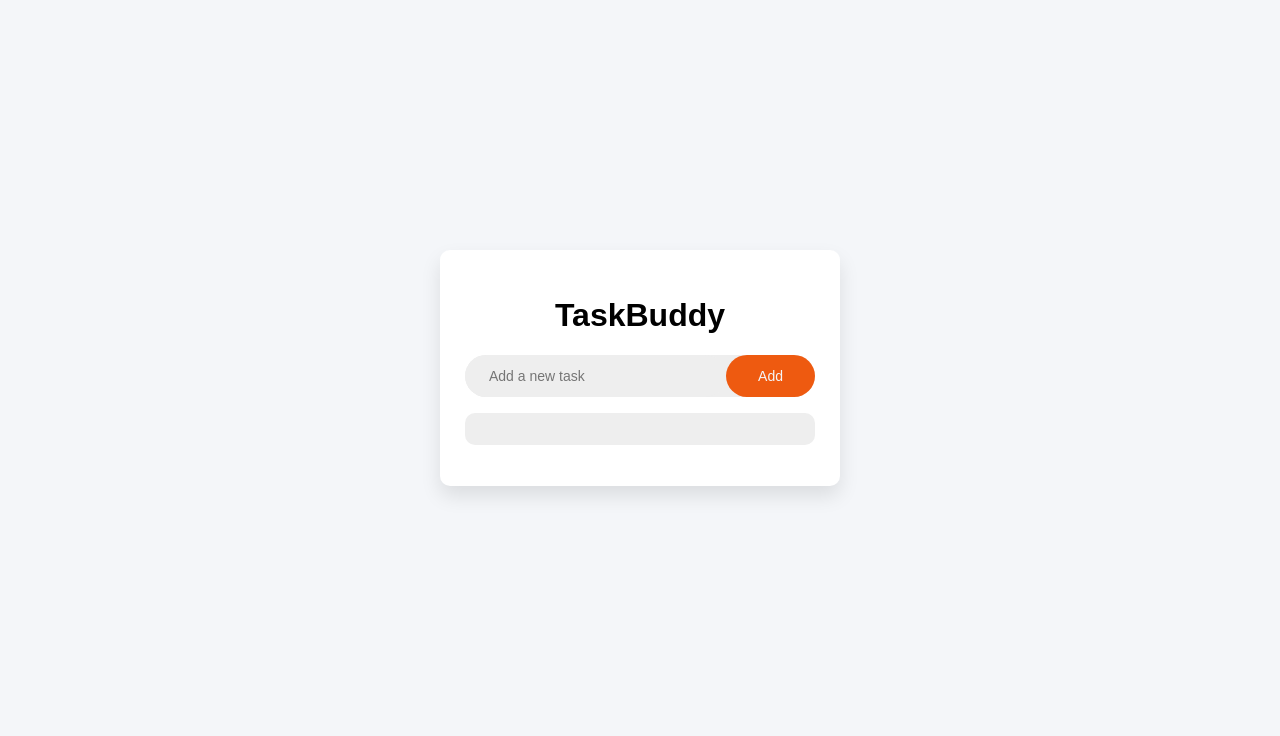
Repository: yogeshnandwani/taskbuddy-todo
Page: index.html
An editor plug-in stored every save of this project. The page is shown before and after the next save, followed by the edit.
The browser window is 1280 px wide. The pictures show the whole page.

Above is the page before, as saved 2026-03-16 19:10:24.

### index.html
<!DOCTYPE html>
<html lang="en">
<head>
<meta charset="UTF-8">
<title>TaskBuddy</title>
<link rel="stylesheet" href="css/style.css">
</head>

<body>

<div class="app">

<h1>TaskBuddy</h1>

<div class="task-input">
<input type="text" id="taskInput" placeholder="Add a new task">
<button id="addBtn">Add</button>
</div>

<ul id="taskList"></ul>

</div>

<script src="js/script.js"></script>

</body>
</html>

### css/style.css
body{
    font-family: Arial, sans-serif;
    background:#f4f6f9;
    display:flex;
    justify-content:center;
    align-items:center;
    height:100vh;
}

.app{
    background:white;
    padding:25px;
    border-radius:10px;
    width:350px;
    box-shadow:0 10px 20px rgba(0,0,0,0.1);
}

h1{
    text-align:center;
}

.task-input{
    display:flex;
    border-radius: 50px;
    background-color: #eee;
}

input{
    flex:1;
    padding:8px;
    border: none;
    border-radius: 50px;
    padding: 0.8rem 1.5rem;
    background-color: #eee;
    font-size: 14px;
}

input:focus{
    outline: none;
}

#addBtn{
    padding:0.8rem 2rem;
    border: none;
    border-radius: 50px;
    background-color: #ee5a10;
    color: #f4f6f9;
    cursor:pointer;
    font-size: 14px;
}

ul{
    background-color: #eee;
    border-radius: 10px;
    display: flex;
    padding: 1rem;
    gap: 10px;
    flex-direction: column;
    justify-content: center;
    align-items: center;
}

li{
    background:#fff;
    display: flex;
    align-items: center;
    padding: 10px;
    justify-content: space-between;
    border: 1px solid #0000001f;
    border-radius: 50px;
    width: 100%;
    display:flex;
    justify-content:space-between;
}

li .delete {
    width: 2rem;
    height: 2rem;
    border: none;
    background-color: transparent;
    display: flex;
    align-items: center;
    justify-content: center;
    cursor: pointer;
    border-radius: 50%;
}

li .delete img {
    width: 1.8rem;
    height: auto;
    object-fit: contain;
}

li .delete:hover img{
    filter: brightness(1.2);
}

### js/script.js
const input = document.getElementById("taskInput")
const addBtn = document.getElementById("addBtn")
const list = document.getElementById("taskList")

addBtn.addEventListener("click", addTask)

function addTask(){
    const taskText = input.value.trim()

    if(taskText === "") return

    const li = document.createElement("li")

    li.innerHTML = `
    <span>${taskText}</span>
    <button class="delete"><img src="images/delete.png" alt="Delete icon"></button>
    `

    list.appendChild(li)

    input.value=""
}

After the next save:
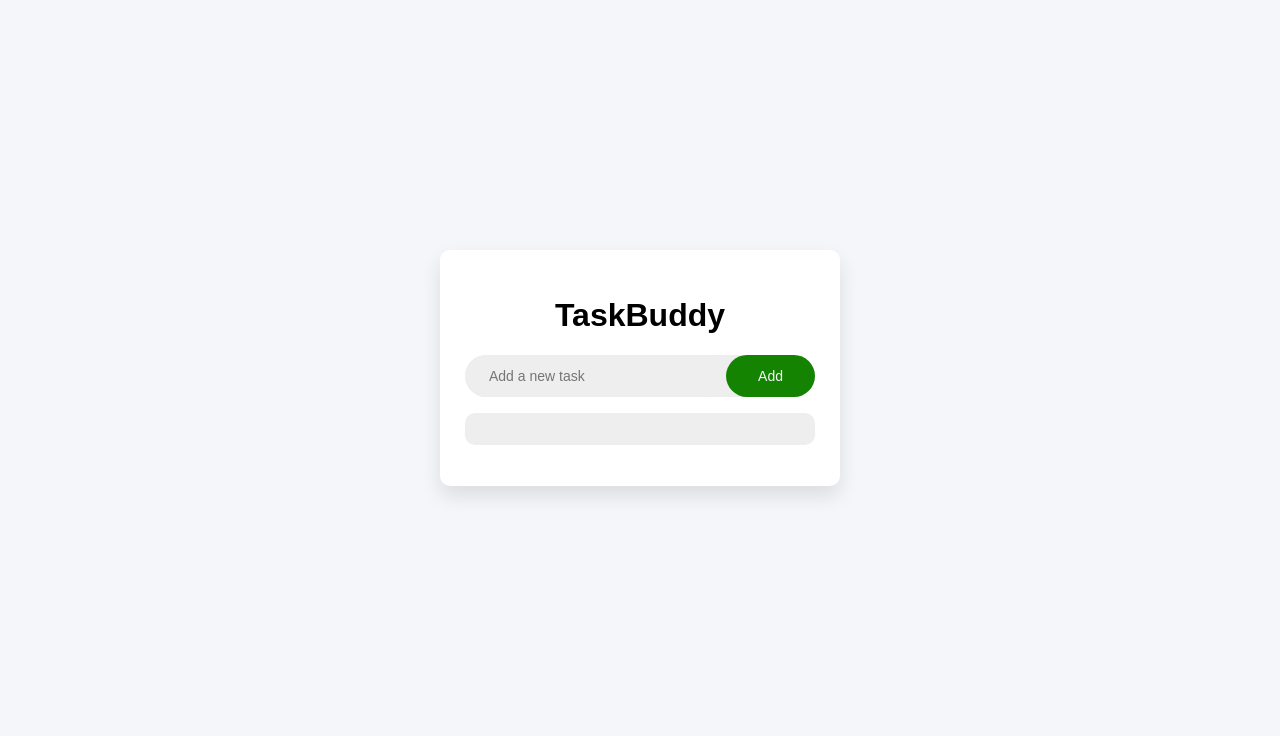
Saved 22 s later.
--- a/css/style.css
+++ b/css/style.css
@@ -43,7 +43,7 @@ input:focus{
     padding:0.8rem 2rem;
     border: none;
     border-radius: 50px;
-    background-color: #ee5a10;
+    background-color: #158302;
     color: #f4f6f9;
     cursor:pointer;
     font-size: 14px;
